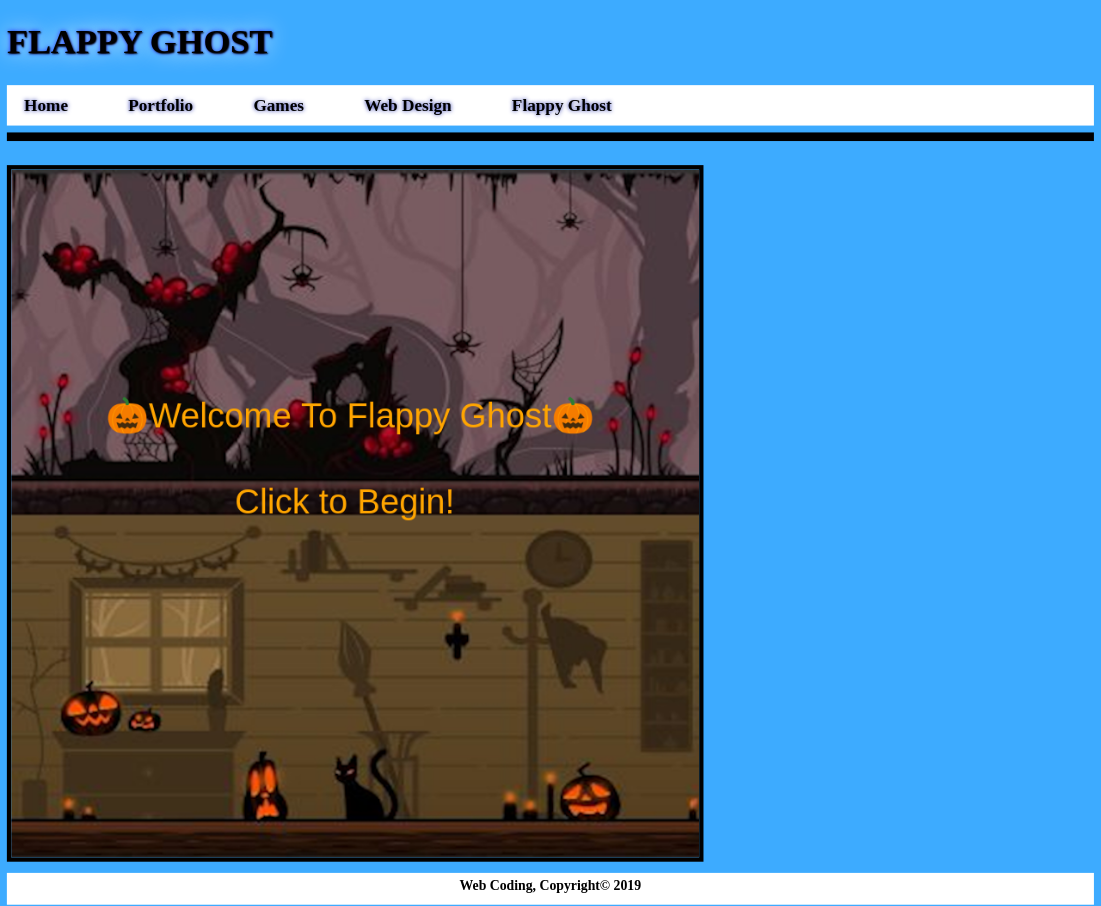
Repository: raidrn/raidrn.github.io
Page: mygame.html
The author's editor kept a record of every edit. The page is drawn from the files as they stood at one moment, then again after the next edit.
The browser window is 1280 px wide. The pictures show the whole page, at 86% of full size.

Above is the page before.

### mygame.html
<html>

  <head>
      <meta http-equiv="Content-Type" content="text/html; charset=UTF-8" />
      <title>Processing Demo</title>
      <script type="text/javascript" src="js/processing.js"></script>
      <link rel="stylesheet" href="/styles/style.css">

      <link rel="stylesheet" type="text/css" href="style.css">

      <link rel="shortcut icon" href="https://codehs.com/uploads/91969211844749ea05a8364258afeb34">
  </head>

  <body>

    <h1 style="color:#000000; font-size:250%; margin-top:2%;"><b>FLAPPY GHOST</b></h1>


    <header>
        <div>
            <nav><!Comment "The Navigation Bar">
                <ul>
                    <li><a href="index.html">Home</a></li>
                    <li><a href="portfolio.html">Portfolio</a></li>
                    <li><a href="gamer.html">Games</a></li>
                    <li><a href="web.html">Web Design</a></li>
                    <li><a class="turnon" href="mygame.html">Flappy Ghost</a></li>

                </ul>
            </nav>
        </div>
    </header>
    <hr class="thick">
    <script type="text/processing">

     PImage bg, ghost, upPipe, downPipe;
     int bgx, bgy, gx, gy, g, Vgy;
     int[] pipeX,pipeY; //DECLARE two arrays
     int gameRec, pipesPassed;

     void setup() {
      size(800, 800);
      bg = loadImage("./js/bg.png");
      ghost = loadImage("./js/ghost.png");
      downPipe = loadImage("./js/downPipe.png");
      upPipe = loadImage("./js/upPipe.png");
      gx = 100;
      gy = 50;
      g = 1; //Gravity == Speed of downward acceleration
      pipeX = new int[5];  //[0,0,0,0]
      pipeY = new int[pipeX.length];
      //POPULATE THE ARRAY WITH VALUES
      for(int i = 0; i < pipeX.length; i++){
        pipeX[i] = width + 200*i;
        pipeY[i] = (int)random(-200, 0);
      }
      gameRec = -1;
    }

     //MAIN GAME LOOP
     void draw() {
      if(gameRec == -1)
      {
        startingPic();
      }
      else if(gameRec==0){
        bgd();
        conPipe();
        ghosti();
        pointCounter();
      }
      else{
        fill(255,0,0);
        textSize(70);
        text("Game Over", 200, 400);
      }
    }

     void pointCounter(){
      fill(255,165,0);
      textSize(32);
      text("Points: " + pipesPassed, width - 170, 40);
    }

     void startingPic(){
      image(bg, 0, 0);
      textSize(40);
      fill(255,165,0);
      text("🎃Welcome To Flappy Ghost🎃", 110, 300);
      text("Click to Begin!", 260, 400);
      if(mousePressed){
        gy = height/2;
        gameRec = 0;
      }
    }

     void conPipe(){
        for(int i = 0; i < pipeX.length; i++){
        image(upPipe, pipeX[i], pipeY[i]);
        image(downPipe, pipeX[i], pipeY[i] + 730);
        pipeX[i]-= 2;
          if(pipeX[i] < -200){
              pipeX[i] = width;
          }
          if(gx > (pipeX[i]-44) && gx < pipeX[i] + 93)
          {
            if(!(gy > pipeY[i] + 500 && gy < pipeY[i] + (500 + 230-45)))
            {
              gameRec = 1;
            }
            else if(gx==pipeX[i] || gx == pipeX[i] + 1){
              pipesPassed++;
            }
          }
        }
    }

     void ghosti() {
      image(ghost, gx, gy);
      gy = gy + Vgy;
      Vgy = Vgy + g;
      if(gy > height || gy < 0){
        fill(255);
        textSize(20);
        text("You went off the screen!!", 275, 450);
        gameRec=1;
      }
    }

     void mousePressed() { //Ghost Jump
      Vgy = -14;
    }

     void bgd() { //Background Image
      image(bg, bgx, bgy);
      image(bg, bgx + bg.width, bgy);
      bgx--; //Speed of the background

      if (bgx < -bg.width) {
        bgx = 0;    //If statement made to make background repeat till death
      }
    }
    </script>
    <canvas id="sketch" style="border: 5px solid black; margin-top:20px;"></canvas>

  </body>

  <footer>
    <div class="copyright">

                <p>Web Coding, Copyright© 2019</p>

    </div>
  </footer>
</html>

### style.css
body{
    background-color:#3dabff;
}

h1{
     text-shadow: 1px 1px 2px black, 0 0 25px white, 0 0 5px blue;
}

a{
      text-decoration:none;
    }

.thick{
    border:5px solid black; margin-left: 0%;
}

nav li{
    display:inline-block;
    float:left;
    color:#000000;
    padding:12px 20px;
    padding-right:50px;
    margin-left: 0%;
}
nav a{
    font-size:20px;
    color:#000000;
    font-family:cursive;
    font-weight:bold;
    text-shadow:0 0 5px #2732ab;
}
nav ul{
    padding-left:30;
    margin:0;
    padding:0;
    overflow:hidden;
    list-style-type:none;
    background-color:white;
}

li:hover{
      background-color:#1c60e8;
      font-weight:bold;
}
li:active{
    color:#000000; text-decoration:underline;
}

.turon{
    color:#071ae8;
}

.project {
    background-color: #80b9ff;
	font-size:100%;
	padding: 1%;
	width: 250px;
	height: 270px;
	float: left;
	border-radius: 10px;
    margin-right:4.8%;
	margin-top:1%;
	margin-bottom:1%;

}
.project a{
    color:#3b55eb;
    text-decoration:none;
    font-weight:bold;
    font-family:cursive;
}
.project img{
    width:85%;
}

.project a:hover{
    font-size:120%;
}

.gamer{
    background-color: #80b9ff;
	font-size:100%;
	padding: 1%;
	width: 250px;
	height: 270px;
	float: left;
	border-radius: 10px;
    margin-right:4.8%;
	margin-top:1%;
	margin-bottom:1%;
}

.gamer a{
    color:black;
    text-decoration:none;
    font-weight:bold;
    font-family:cursive;
}
.gamer img{
    width:100%;
    margin-bottom:1%;
}

.gamer a:hover{
    font-size:120%;
    color:#002cf2;
}
.copyright p{
    background-color: white;
	font-size:100%;
	padding:.5%;
	width: 98.99%;
	height: 25px;
	float: left;
	margin-top:1%;
	margin-bottom:0%;
	margin-left: 0%;
    text-align:center;
    font-weight:bold;
}
.webless{
    background-color:#949ca8;
	font-size:100%;
	padding: 1%;
	width: 250px;
	height: 270px;
	float: left;
	border-radius: 10px;
    margin-right:4.8%;
	margin-top:1%;
	margin-bottom:1%;
}

.webless a{
    color:#000000;
    text-decoration:none;
    font-weight:bold;
    font-family:cursive;
    font-size:130%;
}

.webless img{
    width:85%;
}

.webless a:hover{
    width:140%;
    color:#6c7175;
}

Loaded but not shown: js/processing.js (library)

After the next edit:
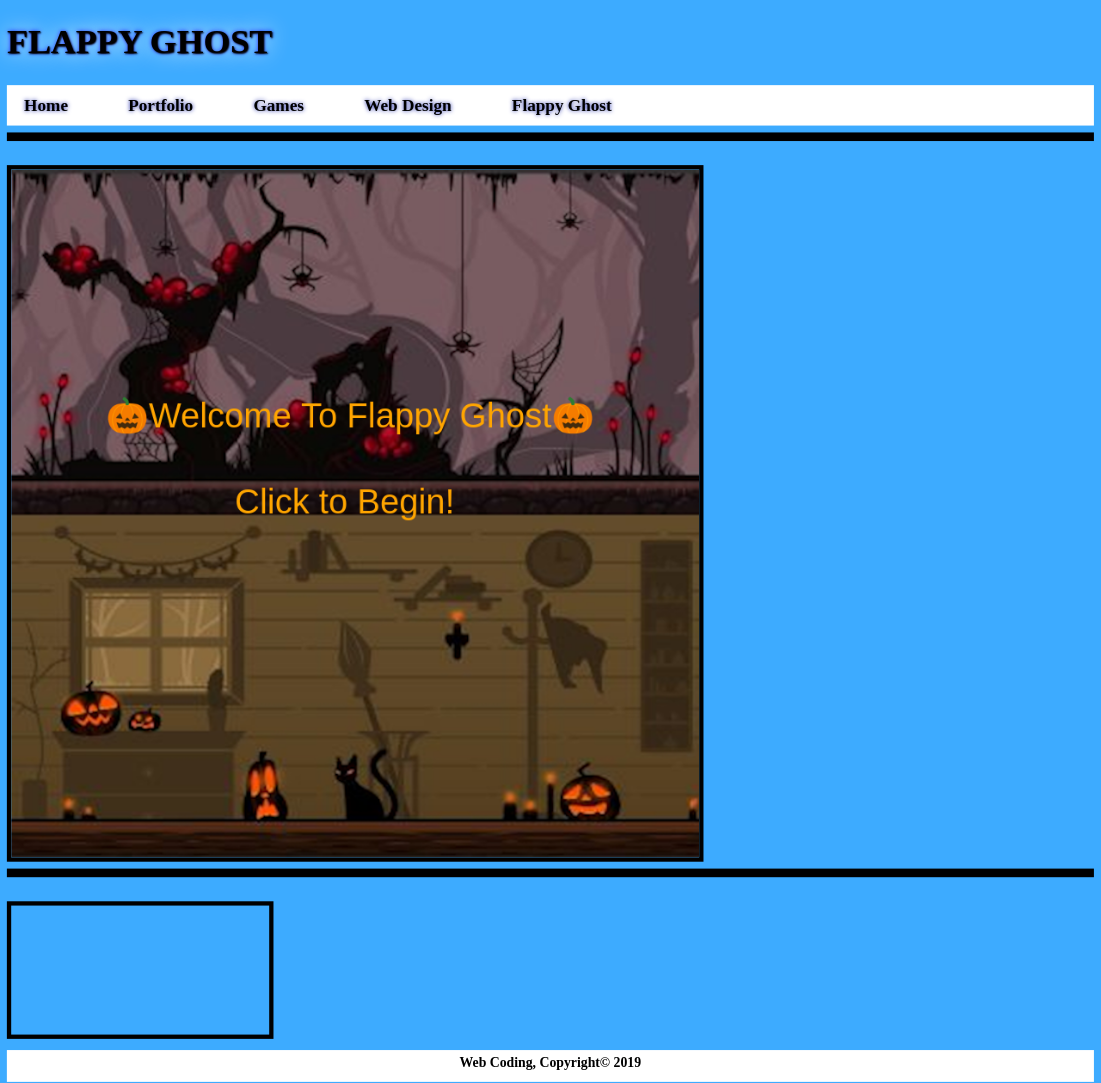
The edit:
--- a/mygame.html
+++ b/mygame.html
@@ -143,6 +143,12 @@
     </script>
     <canvas id="sketch" style="border: 5px solid black; margin-top:20px;"></canvas>
 
+    <hr class="thick">
+    <script type="text/processing">
+
+
+    </script>
+    <canvas id="sketch" style="border: 5px solid black; margin-top:20px;"></canvas>
   </body>
 
   <footer>
